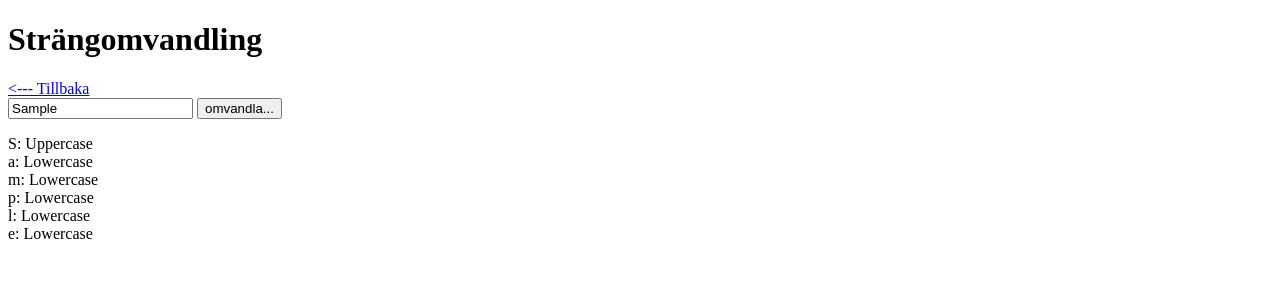
Repository: LindaOtt/1dv403-lo222hd-laborationer
Page: 1-vandalen/strings/index.html
The author's editor kept a record of every edit. The page is drawn from the files as they stood at one moment, then again after the next edit.
The browser window is 1280 px wide. The pictures show the whole page.
Empty fields were first filled with sample values (such as "Sample", 5 or name@example.com).
After loading, the first visible `#send` was clicked once.

Above is the page before.

After the next edit:
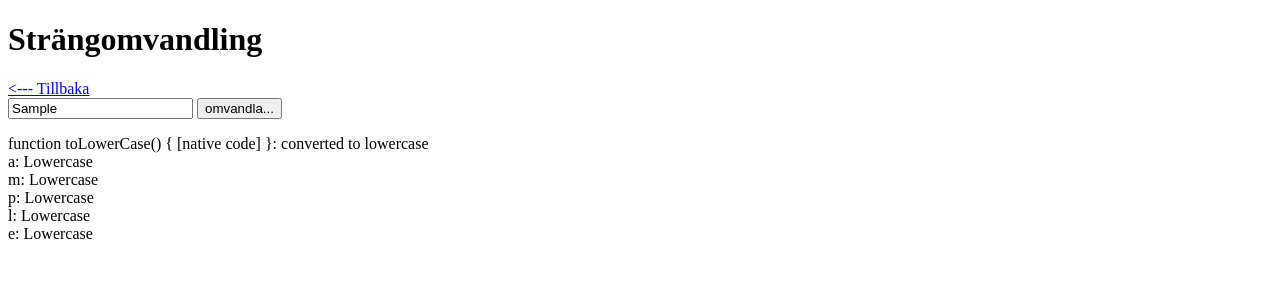
The edit:
--- a/1-vandalen/strings/script.js
+++ b/1-vandalen/strings/script.js
@@ -14,7 +14,8 @@
 		for (var i = 0; i<str.length; i++) {
 		    if (str[i] === str[i].toUpperCase()
 		        && str[i] !== str[i].toLowerCase()) {
-		        message = message + str[i] + ": Uppercase<br>";
+
+		        message = message + str[i].toLowerCase + ": converted to lowercase<br>";
 		    } else {
 		        message = message + str[i] + ": Lowercase<br>";
 		    }
